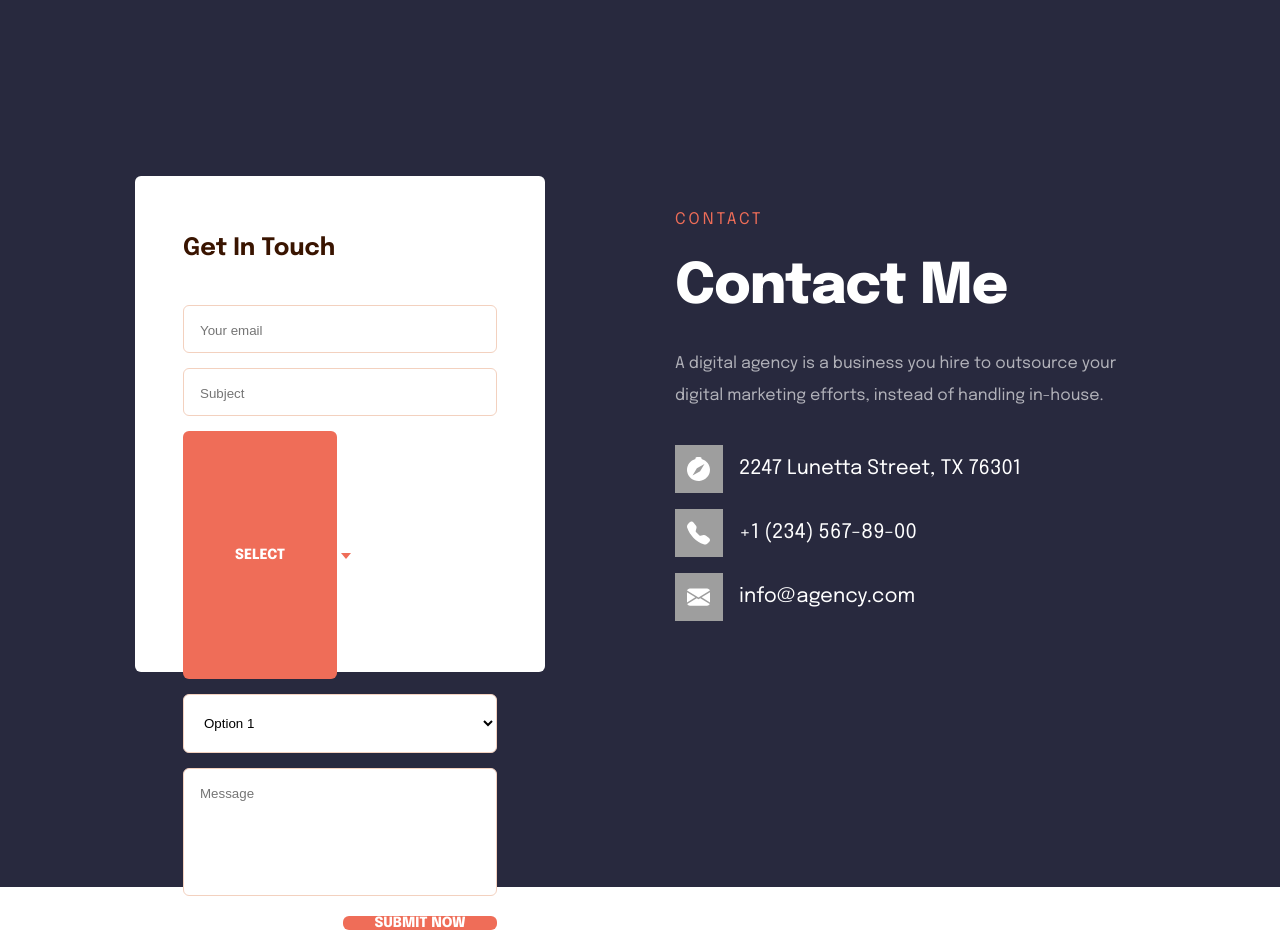
Repository: NatiqSamiyev/form-task-2
Page: index.html
The author's editor kept a copy of each file at every save. The page is drawn from the files as they stood at one save, then again after the next save.
The browser window is 1280 px wide. The pictures show the whole page.
Pictures or frames that could not be fetched are drawn as grey boxes. Some web fonts or font styles are not loaded; a fallback is used.

Above is the page before, as saved 2023-10-26 11:40:17.

After the next save:
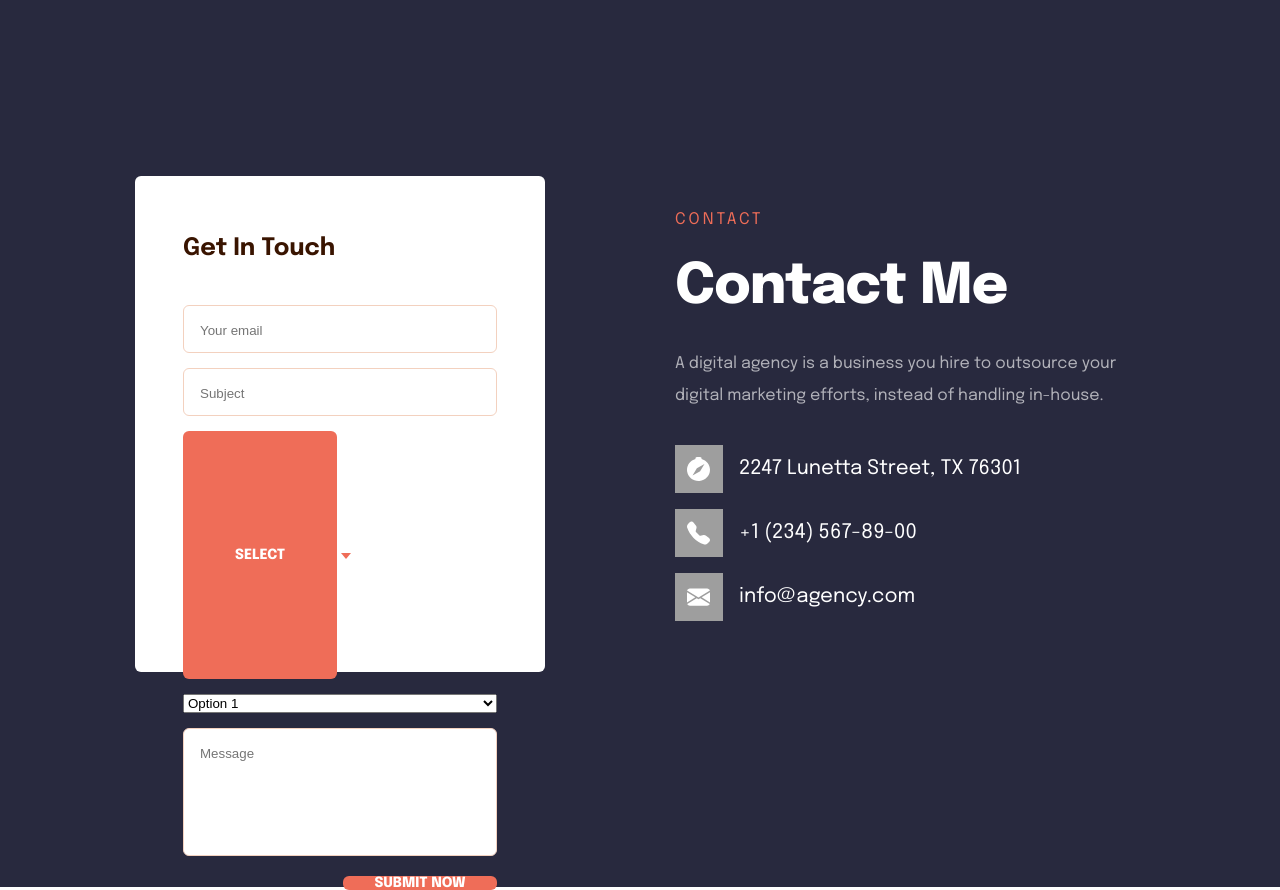
Saved 5 s later.
--- a/index.css
+++ b/index.css
@@ -159,7 +159,7 @@ ul li:last-child {
   margin-top: 16px;
 }
 
-select{
+.select{
   padding: 20px 16px;
   border-radius: 6px;
 border: 1px solid #F3D1BF;
